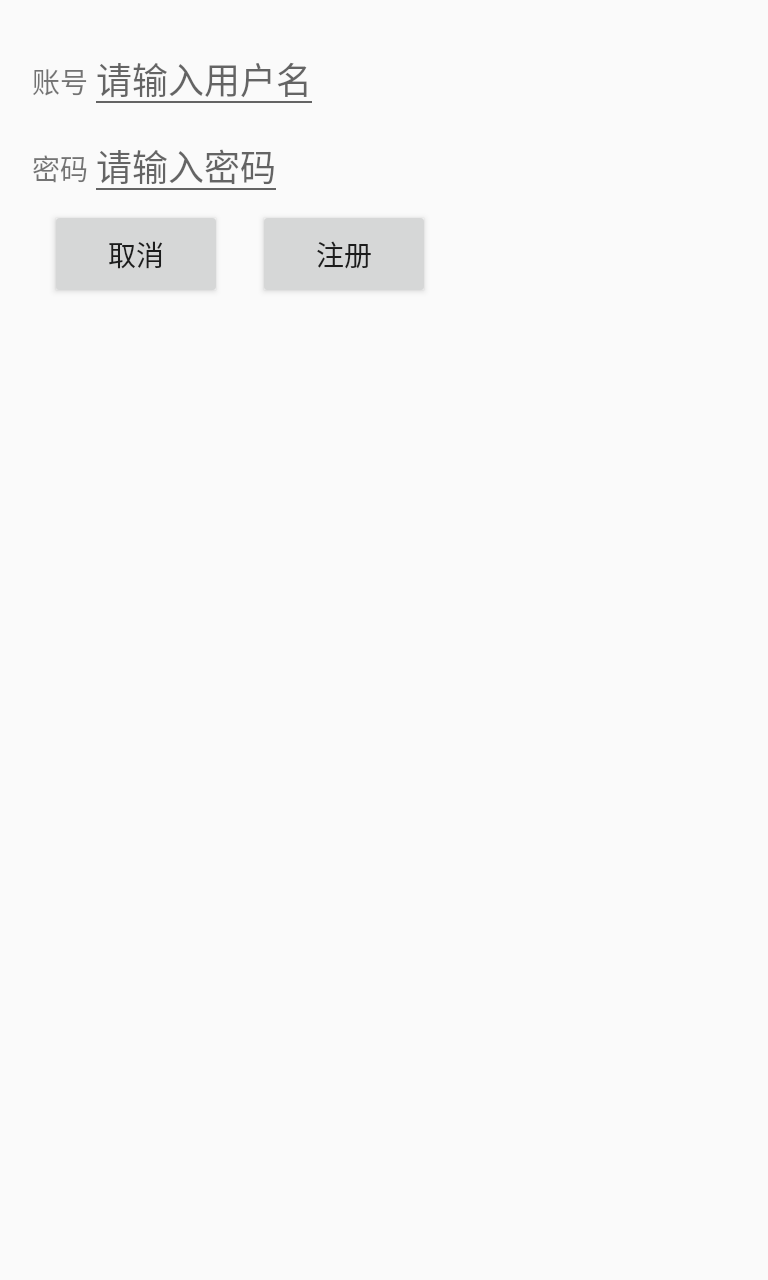
Repository: zzznn/Android_and_java
Layout: work/Day0203/res/layout/activity_main.xml
These files come from the project's save history. The layout is drawn as it stood at one moment and after the next save; the edit follows.
It is drawn on a 768 x 1280 px phone screen (xhdpi) without system bars, with theme AppTheme; the app's code is not run.

Above is the layout before, as saved 2018-01-05 03:22:01.

After the next save:
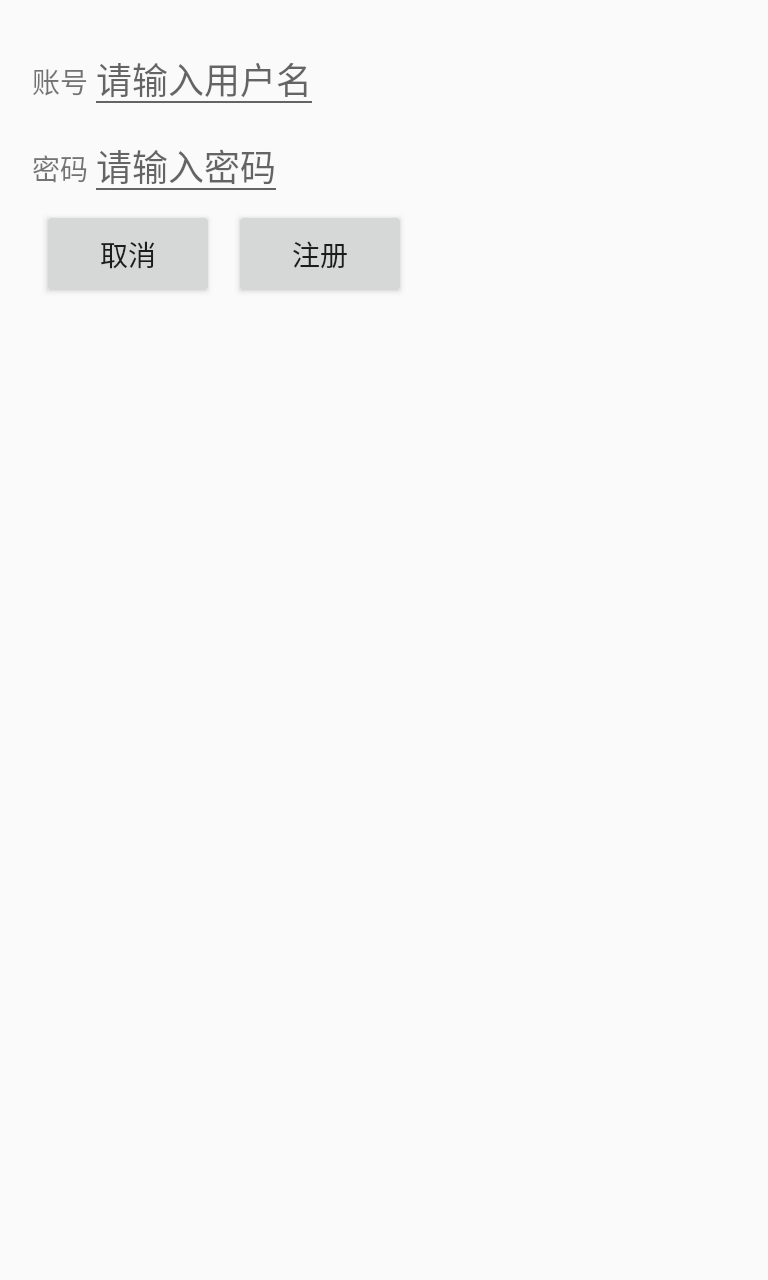
Saved 3 min 19 s later.
--- a/work/Day0203/res/layout/activity_main.xml
+++ b/work/Day0203/res/layout/activity_main.xml
@@ -58,8 +58,8 @@
         android:layout_width="0dp"
         android:layout_weight="1"
         android:layout_height="wrap_content"
-        android:layout_marginRight="8dp"
-        android:layout_marginLeft="8dp"
+        android:layout_marginRight="4dp"
+        android:layout_marginLeft="4dp"
         android:text="取消"
         />
 
@@ -68,8 +68,8 @@
         android:layout_width="0dp"
         android:layout_weight="3"
         android:layout_height="wrap_content"
-		android:layout_marginLeft="8dp"
-        android:layout_marginRight="8dp"
+		android:layout_marginLeft="4dp"
+        android:layout_marginRight="4dp"
         android:text="注册"
         />
 
